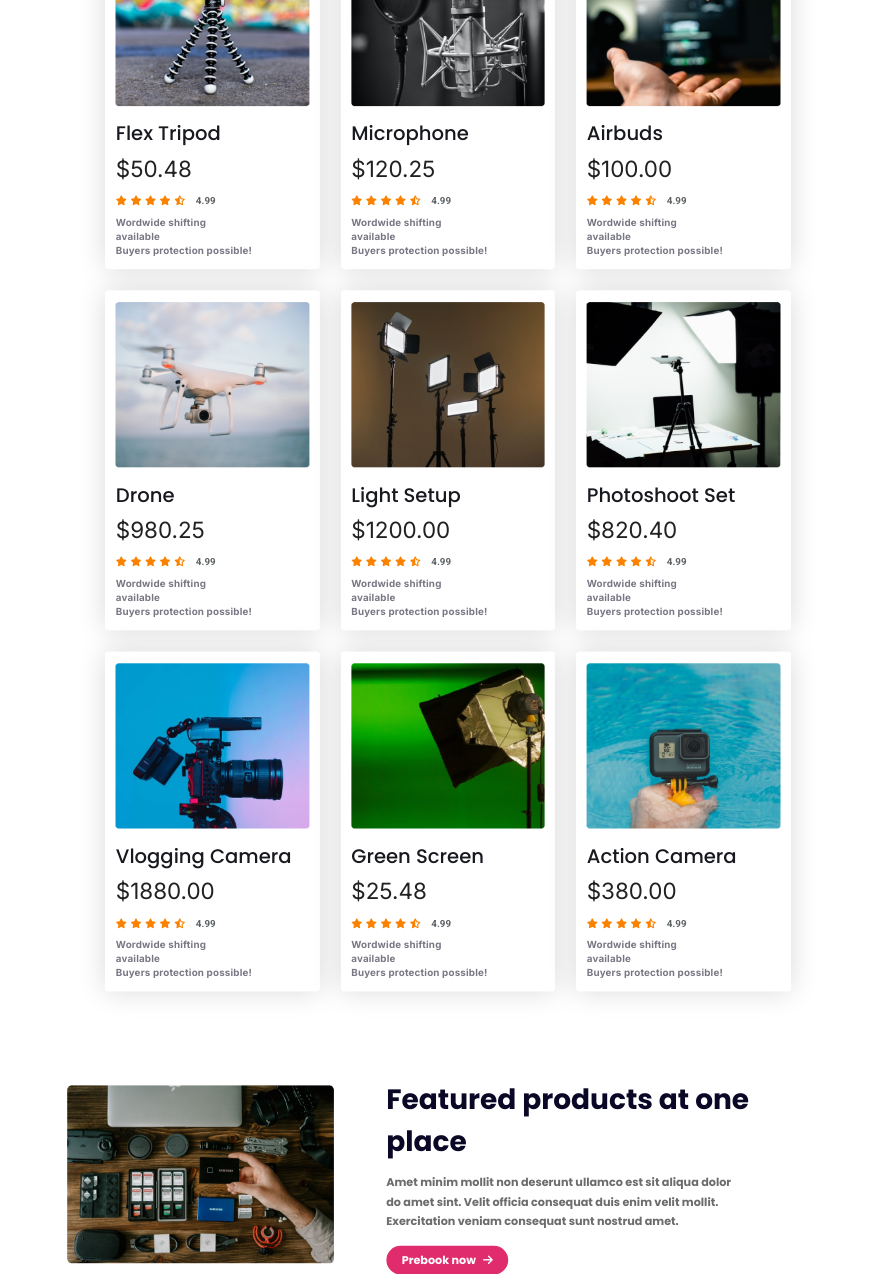
Repository: ShouravAhammed/Influencer-Gear-webpage
Page: index.html
An editor plug-in stored every save of this project. The page is shown before and after the next save, followed by the edit.
The browser window is 1280 px wide. The pictures show the part of the page from y = 1102 to 3022 px (the page is 2922 px tall before and 3022 px after), at 70% of full size.
Some web libraries are served in a nearby version.

Above is the page before, as saved 2024-01-15 17:13:10.

### index.html
<!DOCTYPE html>
<html lang="en">
<head>
    <meta charset="UTF-8">
    <meta name="viewport" content="width=device-width, initial-scale=1.0">
    <!-- title -->
    <title>Influencer Gear</title>
    <!-- linked css -->
    <link rel="stylesheet" href="Style/style.css">
    <!-- fonts icon linked  -->
    <script src="https://kit.fontawesome.com/0d98d502eb.js" crossorigin="anonymous"></script>
</head>
<body>
    <!-- header part start-->
    <header class="header">
        <div class="container">
            <div class="navigation">
                <h3 class="nav-icon">Influencer Products</h3>
                <ul class="nav">
                    <li><a href="">Home</a></li>
                    <li><a href="">Products</a></li>
                    <li><a href="">Sign up</a></li>
                    <li><a href="">Log in</a></li>
                    <li><a href=""><i class="fa-solid fa-magnifying-glass"></i></a></li>
                    <li><a href=""><i class="fa-solid fa-cart-shopping"></i></a></li>
                </ul>
            </div>

            <!-- banner section part  -->
            <section id="banner">
                <div class="banner-content">
                    <h3 class="banner-title">Start your Journey as Influencer</h3>
                    <p class="banner-description">Lorem ipsum dolor sit amet, consectetur adipiscing elit. Sem vestibulum sed scelerisque eros. Lectus faucibus.</p>
                    <button class="primary-btn">Prebook now<i class="fa-solid fa-arrow-right right-arrow"></i></button>
                </div>
                <div class="banner-img">
                        <img src="images/main-camera.png" alt="camera-img">
                </div>
            </section>
            <!-- company section part -->
            <section id="company">
                <div class="company-img">
                    <img src="logos/Alibaba.svg" alt="company-img">
                    <img src="logos/Amazon.svg" alt="company-img">
                    <img src="logos/Daraz.pk Logo.svg" alt="company-img">
                    <img src="logos/Ebay.svg" alt="company-img">
                    <img src="logos/Rakuten.svg" alt="company-img">
                    <img src="logos/Walmart.svg" alt="company-img">
                    <img src="logos/Target.svg" alt="company-img">
                </div>
            </section>
        </div>
    </header>
    <!-- header part end -->
    <!-- main part start -->
    <main>
        <!-- Population collection section part start -->
    <section id="population">
        <div class="container">
            <div class="collection-container">
                <h3 class="collection-title">Population Collection</h3>
                <div class="card-content-box">
                    <div class="card-content">
                        <img src="images/tripod.png" alt="">
                        <h3 class="card-title">Flex Tripod</h3>
                        <h4 class="card-price">$50.48</h4>
                        <h5 class="card-rating"><i class="fa-solid fa-star star"></i><i class="fa-solid fa-star star"></i><i class="fa-solid fa-star star"></i><i class="fa-solid fa-star star"></i><i class="fa-solid fa-star-half-stroke star"></i><span id="rate-point">4.99</span></h5>
                        <p class="card-description">Wordwide shifting <br> available <br>
                            Buyers protection possible!</p>
                    </div>
                    <div class="card-content">
                        <img src="images/mic.png" alt="">
                        <h3 class="card-title">Microphone</h3>
                        <h4 class="card-price">$120.25</h4>
                        <h5 class="card-rating"><i class="fa-solid fa-star star"></i><i class="fa-solid fa-star star"></i><i class="fa-solid fa-star star"></i><i class="fa-solid fa-star star"></i><i class="fa-solid fa-star-half-stroke star"></i><span id="rate-point">4.99</span></h5>
                        <p class="card-description">Wordwide shifting <br> available <br>
                            Buyers protection possible!</p>
                    </div>
                    <div class="card-content">
                        <img src="images/airpod.png" alt="">
                        <h3 class="card-title">Airbuds</h3>
                        <h4 class="card-price">$100.00</h4>
                        <h5 class="card-rating"><i class="fa-solid fa-star star"></i><i class="fa-solid fa-star star"></i><i class="fa-solid fa-star star"></i><i class="fa-solid fa-star star"></i><i class="fa-solid fa-star-half-stroke star"></i><span id="rate-point">4.99</span></h5>
                        <p class="card-description">Wordwide shifting <br> available <br>
                            Buyers protection possible!</p>
                    </div>
                    <div class="card-content">
                        <img src="images/drone.png" alt="">
                        <h3 class="card-title">Drone</h3>
                        <h4 class="card-price">$980.25</h4>
                        <h5 class="card-rating"><i class="fa-solid fa-star star"></i><i class="fa-solid fa-star star"></i><i class="fa-solid fa-star star"></i><i class="fa-solid fa-star star"></i><i class="fa-solid fa-star-half-stroke star"></i><span id="rate-point">4.99</span></h5>
                        <p class="card-description">Wordwide shifting <br> available <br>
                            Buyers protection possible!</p>
                    </div>
                    <div class="card-content">
                        <img src="images/lights.png" alt="">
                        <h3 class="card-title">Light Setup</h3>
                        <h4 class="card-price">$1200.00</h4>
                        <h5 class="card-rating"><i class="fa-solid fa-star star"></i><i class="fa-solid fa-star star"></i><i class="fa-solid fa-star star"></i><i class="fa-solid fa-star star"></i><i class="fa-solid fa-star-half-stroke star"></i><span id="rate-point">4.99</span></h5>
                        <p class="card-description">Wordwide shifting <br> available <br>
                            Buyers protection possible!</p>
                    </div>
                    <div class="card-content">
                        <img src="images/setup.png" alt="">
                        <h3 class="card-title">Photoshoot Set</h3>
                        <h4 class="card-price">$820.40</h4>
                        <h5 class="card-rating"><i class="fa-solid fa-star star"></i><i class="fa-solid fa-star star"></i><i class="fa-solid fa-star star"></i><i class="fa-solid fa-star star"></i><i class="fa-solid fa-star-half-stroke star"></i><span id="rate-point">4.99</span></h5>
                        <p class="card-description">Wordwide shifting <br> available <br>
                            Buyers protection possible!</p>
                    </div>
                    <div class="card-content">
                        <img src="images/camera.png" alt="">
                        <h3 class="card-title">Vlogging Camera</h3>
                        <h4 class="card-price">$1880.00</h4>
                        <h5 class="card-rating"><i class="fa-solid fa-star star"></i><i class="fa-solid fa-star star"></i><i class="fa-solid fa-star star"></i><i class="fa-solid fa-star star"></i><i class="fa-solid fa-star-half-stroke star"></i><span id="rate-point">4.99</span></h5>
                        <p class="card-description">Wordwide shifting <br> available <br>
                            Buyers protection possible!</p>
                    </div>
                    <div class="card-content">
                        <img src="images/single-light.png" alt="">
                        <h3 class="card-title">Green Screen</h3>
                        <h4 class="card-price">$25.48</h4>
                        <h5 class="card-rating"><i class="fa-solid fa-star star"></i><i class="fa-solid fa-star star"></i><i class="fa-solid fa-star star"></i><i class="fa-solid fa-star star"></i><i class="fa-solid fa-star-half-stroke star"></i><span id="rate-point">4.99</span></h5>
                        <p class="card-description">Wordwide shifting <br> available <br>
                            Buyers protection possible!</p>
                    </div>
                    <div class="card-content">
                        <img src="images/action.png" alt="">
                        <h3 class="card-title">Action Camera</h3>
                        <h4 class="card-price">$380.00</h4>
                        <h5 class="card-rating"><i class="fa-solid fa-star star"></i><i class="fa-solid fa-star star"></i><i class="fa-solid fa-star star"></i><i class="fa-solid fa-star star"></i><i class="fa-solid fa-star-half-stroke star"></i><span id="rate-point">4.99</span></h5>
                        <p class="card-description">Wordwide shifting <br> available <br>
                            Buyers protection possible!</p>
                    </div>
                </div>
            </div>
        </div>
    </section>
        <!-- Population collection section part end -->
    <section id="feature">
        <div class="container">
            <div class="feature-container">
                <div class="feature-img">
                    <img src="images/gear.png" alt="">
                </div>
                <div class="feature-content">
                    <h3 class="feature-title">Featured products at one place</h3>
                    <p class="feature-description">Amet minim mollit non deserunt ullamco est sit aliqua dolor do amet sint. Velit officia consequat duis enim velit mollit. Exercitation veniam consequat sunt nostrud amet.</p>
                    <button class="primary-btn">Prebook now<i class="fa-solid fa-arrow-right right-arrow"></i></button>
                </div>
            </div>
        </div>
    </section>
    </main>
    <!-- main part end -->
    <!-- footer part start-->
    <footer id="footer">
        <div class="footer-container">
            <h3 class="footer-title"></h3>
            <p class="footer-copyright"></p>
        </div>
    </footer>
    <!-- footer part end -->
</body>
</html>

### Style/style.css
/*  Import fonts from google fonts */
@import url('https://fonts.googleapis.com/css2?family=Inter:wght@400;700&family=Manrope:wght@700&family=Poppins:ital,wght@0,300;0,400;0,500;0,600;0,700;0,800;0,900;1,200;1,300;1,400;1,500;1,600;1,700;1,800;1,900&family=Roboto:wght@700&display=swap');

/* all body measuring manually */
*{
    margin: 0;
    padding: 0;
    outline: 0;
    box-sizing: border-box;
}
body{
    font-family: 'Inter', sans-serif;
    font-family: 'Manrope', sans-serif;
    font-family: 'Poppins', sans-serif;
    font-family: 'Roboto', sans-serif;
}

/* root color and fonts */
:root{
    --primary-color:#E02C6D;
    --color: #3A3A3A;
    --card-title-color: #18191F;
    --card-price-Color: rgba(0, 0, 0, 0.87);
    --card-description-color: #787885;
    --card-rating-color:#FB8200;
}
/* container */
.container{
    width: 85%;
    margin: 0 auto;
}
/* primary button */
.primary-btn{
    color: #FFF;
    background-color: var(--primary-color);
    font-family: Poppins;
    font-size: 1rem;
    font-weight: 700;
    padding: 6px 20px;
    border: 2px solid var(--primary-color);
    border-radius: 41px;
    margin-top: 20px;
}
.right-arrow{
    padding-left: 10px;
}
/* header part css style */
.header{
    margin: 60px 0 100px 0;
}
/* navigation part css style */
.navigation{
    display: flex;
    justify-content: space-between;
    align-items: center;
    margin-bottom: 50px;
}
.nav-icon{
    color: var(--color);
    font-feature-settings: 'clig' off, 'liga' off;
    font-family: Poppins;
    font-size: 1.5rem;
    font-weight: 700;
}
.navigation > .nav{
    display: flex;
    gap: 34px;
}
.nav li{
    list-style: none;
}
.nav li a{
    color: #3A3A3A;
    font-feature-settings: 'clig' off, 'liga' off;
    font-family: Poppins;
    font-size: 1rem;
    font-weight: 600;
    text-decoration: none;
}
/* banner section css style */

#banner{
    display: flex;
    gap: 80px;
}
.banner-content{
    margin-top: 100px;
    width: 50%;
}
.banner-title{
    color: var(--color);
    font-family: Poppins;
    font-size: 52px;
    font-weight: 700;
    line-height: 70px;
    padding-bottom: 20px;
}
.banner-description{
    color: var(--color);
    font-family: Poppins;
    font-size: 1rem;
    font-weight: 600;
}
.banner-img{
    background-image: url(../images/Circle\ design.svg);
    height: 600px;
    width: 42%;
    background-position: top right;
    background-repeat: no-repeat;
    background-size: contain;
}
.banner-img img {
    position: relative;
    width: 444px;
    left: 13px;
    top: 40px;
}
/* company section css style */
.company-img{
    display: flex;
    justify-content: space-evenly;
    align-items: center;
}
.company-img img{
    width: 80px;
    height: 55px;
    transition: all ease 0.5s;
}
.company-img img:hover{
    filter: grayscale(1);
    transform: scale(1.5);
}

/* population collection section css style */
#population{
    margin-bottom: 123px;
}
.collection-container .collection-title{
    color: var(--color);
    font-family: Poppins;
    font-size: 28px;
    font-weight: 600;
    line-height: 70px;
    text-align: center;
    margin-bottom: 30px;
}
.card-content-box{
    display: grid;
    grid-template-columns: repeat(3, 1fr);
    gap: 30px;
    width: 90%;
    margin: 0 auto;
}
.card-content{
    border-radius: 5px;
    background: #FFF;
    box-shadow: 0px 0px 40px 0px rgba(0, 0, 0, 0.15);
    padding: 17px 15px;
    transition: all ease 0.5s;
}
.card-content:hover{
    box-shadow: 0px 0px 25px 0px var(--primary-color);
}
.card-content img{
    width: 100%;
}
.card-content .card-title{
    color: var(--card-title-color);
    font-family: Poppins;
    font-size: 28px;
    font-weight: 500;
    line-height: 40px;
    margin-top: 16px;
    margin-bottom: 6px;
}
.card-content .card-price{
    color: var(--card-price-Color);
    font-family: Inter;
    font-size: 2rem;
    font-weight: 400;
    line-height: 150%;
}
.card-content .card-rating{
    color: #5E6366;
    font-family: Roboto;
    font-size: 14px;
    font-weight: 700;
    line-height: 22px;
    letter-spacing: 0.1px;
    margin: 10px 0;
}
.card-rating .star{
    color: var(--card-rating-color);
    margin-right: 5px;
}
#rate-point{
    padding-left: 10px;
}
.card-content .card-description{
    color: var(--card-description-color);
    font-family: Inter;
    font-size: 14px;
    font-weight: 700;
    line-height: 143%;
    letter-spacing: 0.252px;
}

/* Feature section css style */

.feature-container{
    display: flex;
    align-items: center;
    gap: 75px;
}
.feature-img{
    width: 35%;
}
.feature-img img{
    width: 100%;
}
.feature-content{
    width: 58%;
}
.feature-content .feature-title{
    color: #0A0826;
    font-family: Poppins;
    font-size: 2.5rem;
    font-weight: 700;
    line-height: 60px;
}
.feature-content .feature-description{
    width: 500px;
    color: #6C6C6C;
    font-family: Poppins;
    font-size: 1rem;
    font-weight: 700;
    line-height: 28px;
    margin-top: 16px;
}






@media only screen and (max-width: 576px){

    .navigation{
        flex-direction: column;
    }
    .navigation > .nav{
        gap: 25px;
    }
    #banner{
        flex-direction: column-reverse;
        gap: 20px;
    }
    .banner-content{
        width: 100%;
        text-align: center;
        margin-top: 0;
    }
    .banner-title{
        font-size: 2rem;
        line-height: normal;
    }
    .banner-img {
        height: 100%;
        width: 100%;
        background-position: center;
    }
    .banner-img img {
        width: 100%;
        left: 13px;
        top: 5px;
    }



    #company{
        margin-top: 50px;
    }
    .company-img {
        gap: 10px;
        flex-wrap: wrap;
    }
    .company-img img{
        width: 20%
    }



    .card-content-box {
        grid-template-columns: repeat(1, 1fr);
        width: 100%;
    }



    .feature-container{
        flex-direction: column-reverse;
        gap: 40px;
    }
    .feature-img{
        width: 100%;
    }
    .feature-content{
        width: 100%;
        text-align: center;
    }
    .feature-content .feature-title{
        font-size: 24px;
        line-height: normal;
    }
    .feature-content .feature-description{
        width: 100%;
    }

}

After the next save:
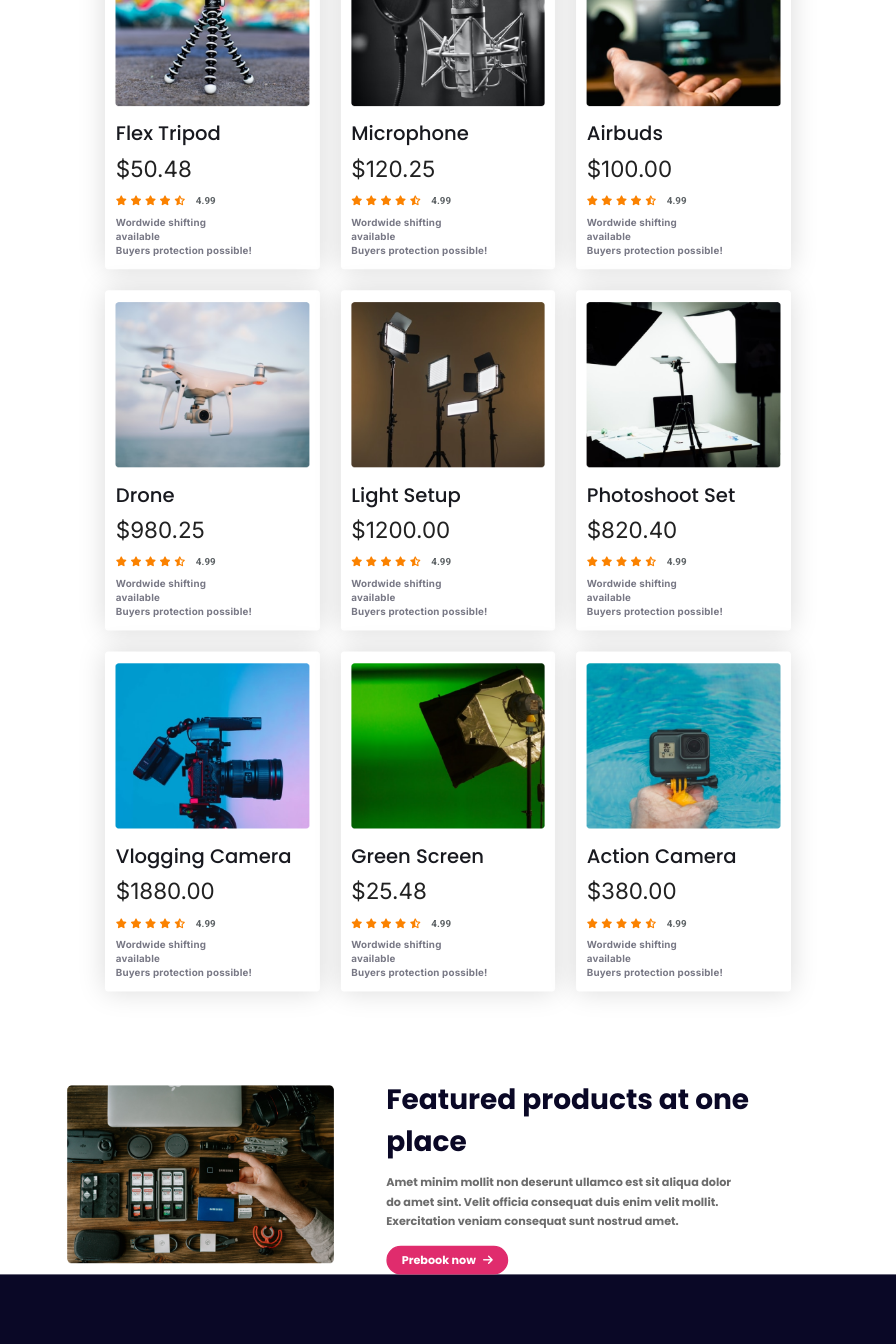
Saved 84 s later.
--- a/Style/style.css
+++ b/Style/style.css
@@ -237,8 +237,14 @@
     line-height: 28px;
     margin-top: 16px;
 }
-
-
+/* footer part css style */
+#footer{
+    background: #0A0826;
+    padding: 50px 0px;
+}
+.footer-container{
+    text-align: center;
+}
 
 
 
